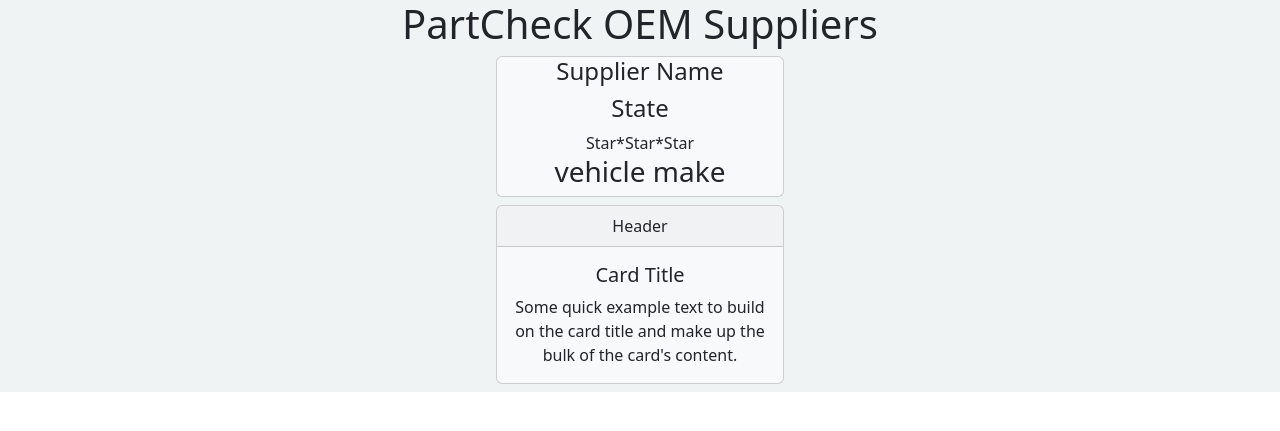
Repository: trungna4699/coding_challenge
Page: /
These files come from the project's save history. The page is drawn as it stood at one moment and after the next save; the edit follows.
The browser window is 1280 px wide. The pictures show the whole page.
The project was rebuilt for these pictures with package versions that can differ from the ones it lists, and the page was loaded fresh each time.

Above is the page before, as saved 2022-09-01 16:24:54.

### src/index.css
body {
  margin: 0;
  background-color: #F0F3F4;
  font-family: -apple-system, BlinkMacSystemFont, 'Segoe UI', 'Roboto', 'Oxygen',
    'Ubuntu', 'Cantarell', 'Fira Sans', 'Droid Sans', 'Helvetica Neue',
    sans-serif;
  -webkit-font-smoothing: antialiased;
  -moz-osx-font-smoothing: grayscale;
}

code {
  font-family: source-code-pro, Menlo, Monaco, Consolas, 'Courier New',
    monospace;
}

### src/App.js
import './App.css';
import 'bootstrap/dist/css/bootstrap.min.css';

import Card from 'react-bootstrap/Card';
import Col from 'react-bootstrap/Col';
import Row from 'react-bootstrap/Row';

function App() {
  return (
    <div className="App">
      <h1>PartCheck OEM Suppliers</h1>

      <div className='listContainer'>
        <Card
          bg={"light"}
          // key={variant}
          text={"dark"}
          style={{ width: '18rem' }}
          className="mb-2"
        >
          <div classname="supplierItems">
            <h4>Supplier Name</h4>
            <h4>State</h4>
            <div className="ratingStar">
              Star*Star*Star
            </div>
            <div className="vehicleList">
              <h3>vehicle make</h3>
            </div>
          </div>
        </Card>

        <Card
          bg={"light"}
          // key={variant}
          text={"dark"}
          style={{ width: '18rem' }}
          className="mb-2"
        >
          <Card.Header>Header</Card.Header>
          <Card.Body>
            <Card.Title>Card Title </Card.Title>
            <Card.Text>
              Some quick example text to build on the card title and make up the
              bulk of the card's content.
            </Card.Text>
          </Card.Body>
        </Card>

      </div>


    </div>
  );
}

export default App;

### src/App.css
.App {
  background-color: #F0F3F4;
  text-align: center;
}

.listContainer {
  display: flex;
  flex-direction: column;
  align-items: center;
}









/* Default Settings */
.App-logo {
  height: 40vmin;
  pointer-events: none;
}

@media (prefers-reduced-motion: no-preference) {
  .App-logo {
    animation: App-logo-spin infinite 20s linear;
  }
}

.App-header {
  background-color: #282c34;
  min-height: 100vh;
  display: flex;
  flex-direction: column;
  align-items: center;
  justify-content: center;
  font-size: calc(10px + 2vmin);
  color: white;
}

.App-link {
  color: #61dafb;
}

@keyframes App-logo-spin {
  from {
    transform: rotate(0deg);
  }
  to {
    transform: rotate(360deg);
  }
}

Loaded but not shown: public/index.html (common file); src/index.js (common file); src/reportWebVitals.js (common file)

After the next save:
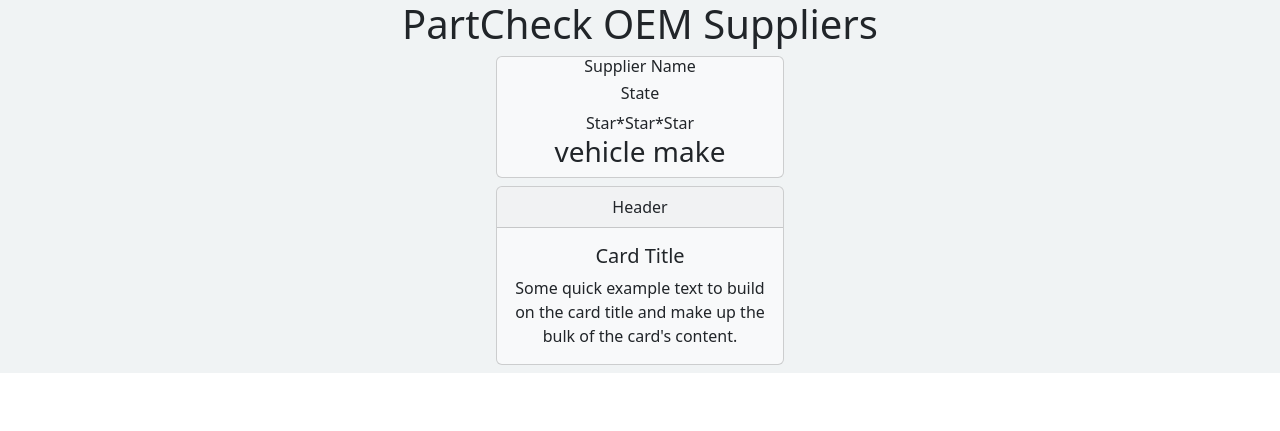
Saved 10 s later.
--- a/src/App.js
+++ b/src/App.js
@@ -19,8 +19,8 @@ function App() {
           className="mb-2"
         >
           <div classname="supplierItems">
-            <h4>Supplier Name</h4>
-            <h4>State</h4>
+            <h6>Supplier Name</h6>
+            <h6>State</h6>
             <div className="ratingStar">
               Star*Star*Star
             </div>
